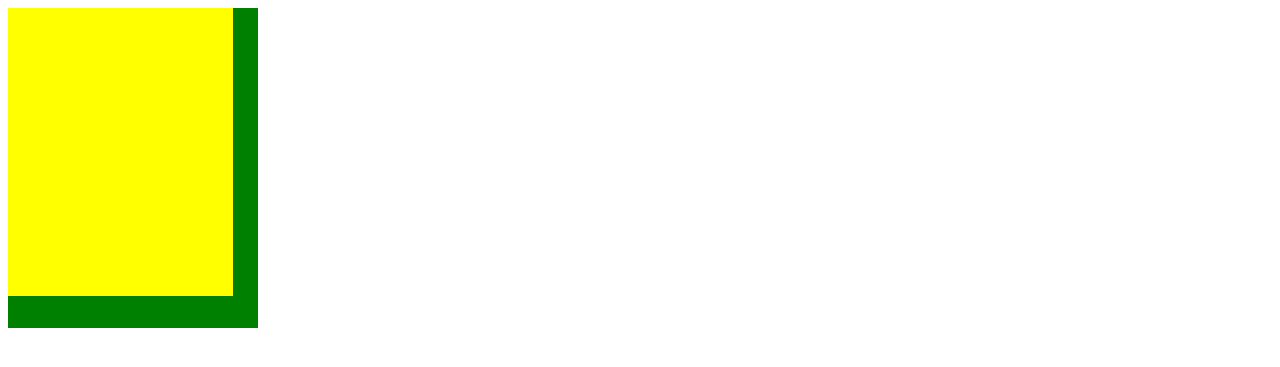
Repository: maixuanhieu/giftcard
Page: index.html
The author's editor kept a copy of each file at every save. The page is drawn from the files as they stood at one save, then again after a run of saves.
The browser window is 1280 px wide. The pictures show the whole page.
The style sheet was rebuilt from its Sass, Less or Tailwind sources for each picture, by a compiler version that may differ from the author's.

Above is the page before, as saved 2021-11-16 13:53:46.

### index.html
<!DOCTYPE html>
<html lang="en">

<head>
    <meta charset="UTF-8">
    <meta http-equiv="X-UA-Compatible" content="IE=edge">
    <meta name="viewport" content="width=device-width, initial-scale=1.0">
    <title>CSS Flip Card</title>
    <link rel="stylesheet" href="style.css">
</head>

<body>
    <div class="maincontainer">

        <div class="thecard"></div>

        <div class="thefront"></div>

        <div class="theback"></div>

    </div>
</body>

</html>

### style.scss
.maincontainer{
    position: relative;
    width: 250px;
    height: 320px;
    background: green;
}

.thecard{
    position: absolute;
    width: 90%;
    height: 90%;
    transform-style: preserve-3d;
    transition: all 0.5s ease;
    background: yellow;
}

After the next 2 saves:
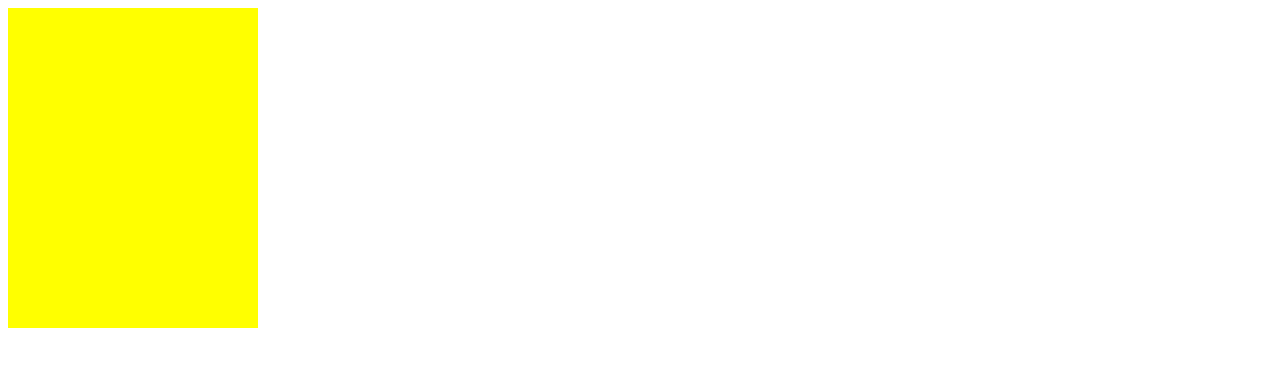
The 2 saves are shown as one change because they came seconds apart.
The last was saved 21 s later.
--- a/style.scss
+++ b/style.scss
@@ -7,8 +7,8 @@
 
 .thecard{
     position: absolute;
-    width: 90%;
-    height: 90%;
+    width: 100%;
+    height: 100%;
     transform-style: preserve-3d;
     transition: all 0.5s ease;
     background: yellow;
